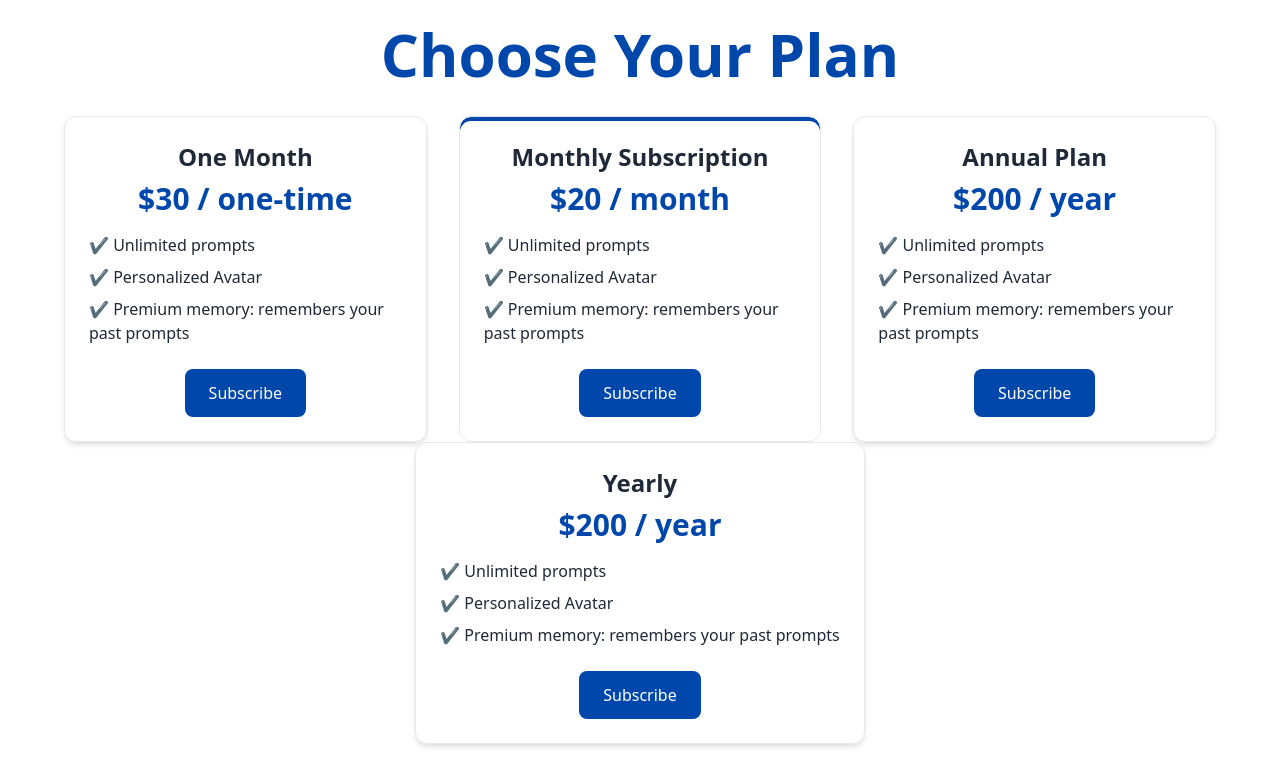
Repository: AvivGranot/IZZY
Page: public/subscribe.html
An editor plug-in stored every save of this project. The page is shown before and after the next save, followed by the edit.
The browser window is 1280 px wide. The pictures show the whole page.
Some web libraries are served in a nearby version.

Above is the page before, as saved 2025-04-09 17:25:30.

After the next save:
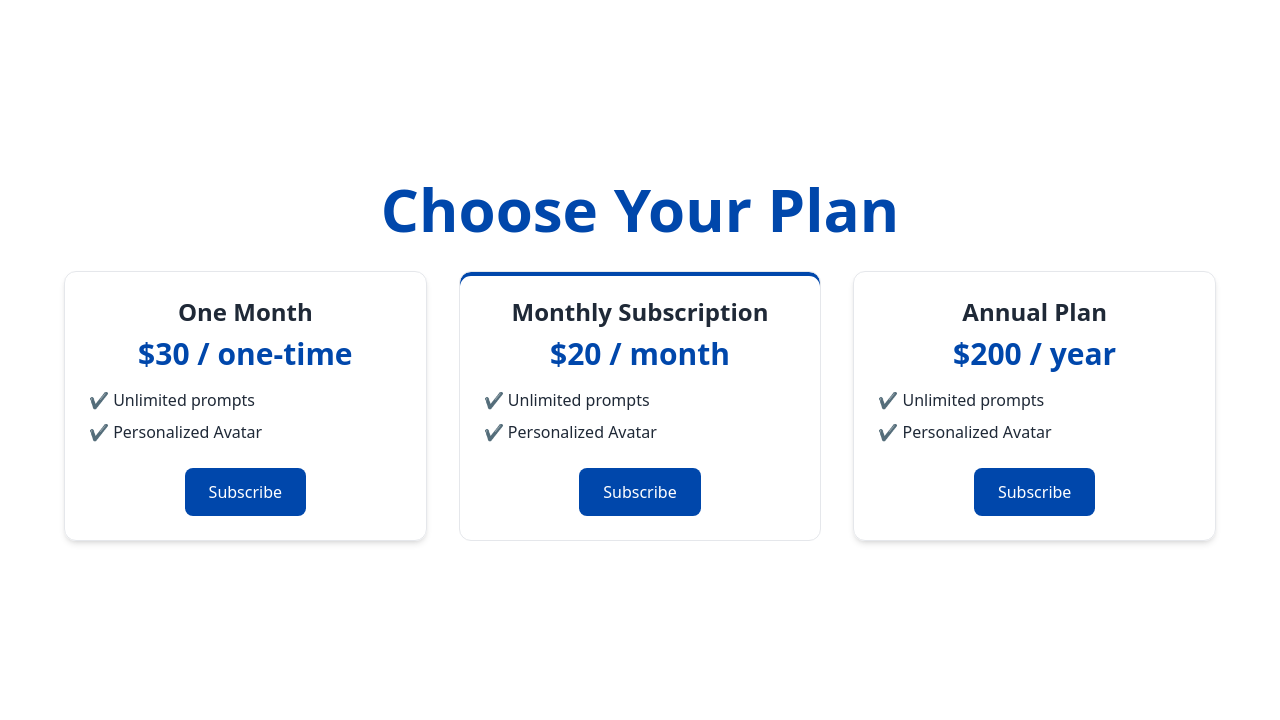
Saved 20 min 11 s later.
--- a/public/subscribe.html
+++ b/public/subscribe.html
@@ -42,8 +42,7 @@
         <ul class="text-left mb-6 space-y-2">
           <li>✔️ Unlimited prompts</li>
           <li>✔️ Personalized Avatar</li>
-          <li>✔️ Premium memory: remembers your past prompts</li>
-        </ul>
+          </ul>
         <a href="#" class="inline-block bg-[#0047AB] text-white font-medium py-3 px-6 rounded-lg hover:bg-blue-800">Subscribe</a>
       </div>
 
@@ -54,8 +53,7 @@
         <ul class="text-left mb-6 space-y-2">
           <li>✔️ Unlimited prompts</li>
           <li>✔️ Personalized Avatar</li>
-          <li>✔️ Premium memory: remembers your past prompts</li>
-        </ul>
+          </ul>
         <a href="https://buy.stripe.com/test_dR6aHO9PM10AcR60oo" target="_blank" class="inline-block bg-[#0047AB] text-white font-medium py-3 px-6 rounded-lg hover:bg-blue-800">Subscribe</a>
       </div>
 
@@ -66,25 +64,7 @@
         <ul class="text-left mb-6 space-y-2">
           <li>✔️ Unlimited prompts</li>
           <li>✔️ Personalized Avatar</li>
-          <li>✔️ Premium memory: remembers your past prompts</li>
-        </ul>
-        <a href="https://buy.stripe.com/test_6oE3cO9PM2h66qU4gg" target="_blank" class="inline-block bg-[#0047AB] text-white font-medium py-3 px-6 rounded-lg hover:bg-blue-800">Subscribe</a>
-      </div>
-
-    </div>
-
-
-
-
-      <!-- Annual Plan -->
-      <div class="border border-gray-200 rounded-xl p-6 shadow-md text-center">
-        <h2 class="text-2xl font-semibold mb-2">Yearly</h2>
-        <p class="text-3xl font-bold text-[#0047AB] mb-4">$200 / year</p>
-        <ul class="text-left mb-6 space-y-2">
-          <li>✔️ Unlimited prompts</li>
-          <li>✔️ Personalized Avatar</li>
-          <li>✔️ Premium memory: remembers your past prompts</li>
-        </ul>
+          </ul>
         <a href="https://buy.stripe.com/test_6oE3cO9PM2h66qU4gg" target="_blank" class="inline-block bg-[#0047AB] text-white font-medium py-3 px-6 rounded-lg hover:bg-blue-800">Subscribe</a>
       </div>
 
